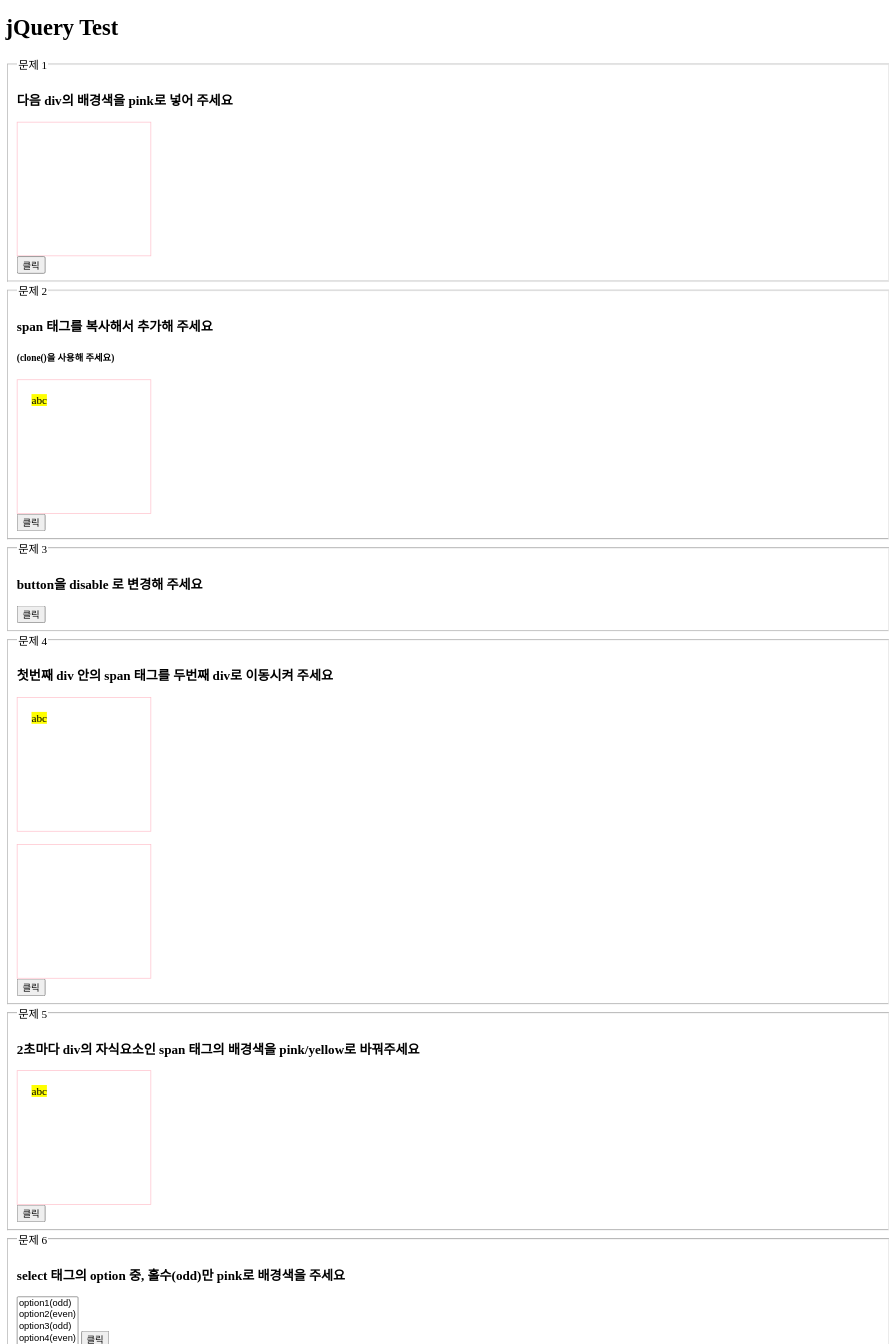
Repository: happyeon/Study_UI
Page: suyeon/WebContent/jqueryTest02.html
An editor plug-in stored every save of this project. The page is shown before and after the next save, followed by the edit.
The browser window is 1280 px wide. The pictures show the part of the page from y = 0 to 1920 px (the page is 3082 px tall), at 70% of full size.
After loading, the first visible `button[onclick="test02();"]` was clicked once.
Some web libraries are served in a nearby version.

Above is the page before, as saved 2021-06-17 10:24:40.

After the next save:
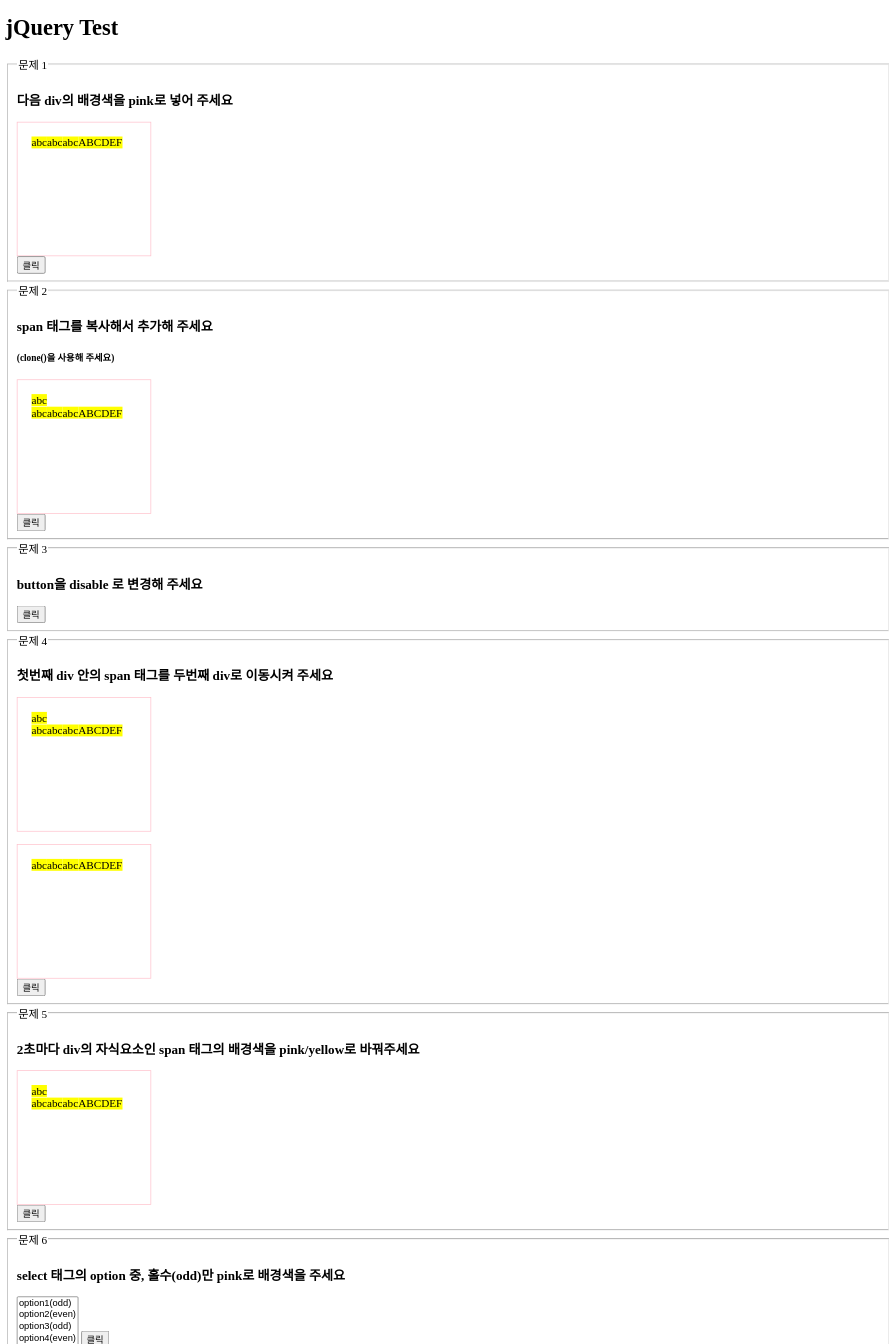
Saved 95 s later.
--- a/suyeon/WebContent/jqueryTest02.html
+++ b/suyeon/WebContent/jqueryTest02.html
@@ -46,7 +46,7 @@
 	}
 
 	function test02() {
-
+		$(".bgSpan").clone().appendTo($(".box"));
 	}
 
 
